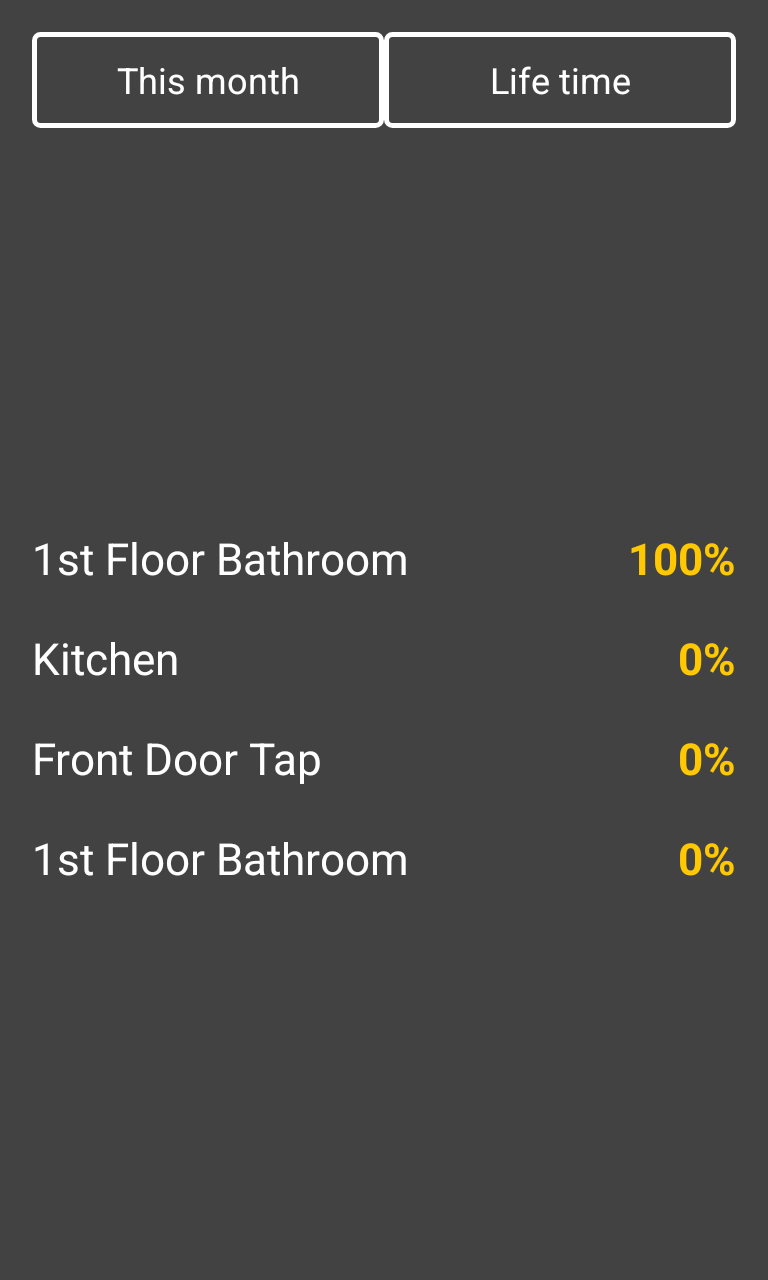
Repository: prabushitha/hydrosaver
Layout: hydrosaver/res/layout/activity_sections.xml
These files come from the project's save history. The layout is drawn as it stood at one moment and after the next save; the edit follows.
It is drawn on a 768 x 1280 px phone screen (xhdpi) without system bars, with theme AppTheme; the app's code is not run.

Above is the layout before, as saved 2016-10-08 16:53:58.

### hydrosaver/res/layout/activity_sections.xml
<RelativeLayout xmlns:android="http://schemas.android.com/apk/res/android"
    xmlns:tools="http://schemas.android.com/tools"
    android:layout_width="match_parent"
    android:layout_height="match_parent"
    android:paddingBottom="@dimen/activity_vertical_margin"
    android:paddingLeft="@dimen/activity_horizontal_margin"
    android:paddingRight="@dimen/activity_horizontal_margin"
    android:paddingTop="@dimen/activity_vertical_margin"
    tools:context="com.whileloop.hydrosaver.SectionsActivity"
    android:background="#424242"
    >

    <TableLayout
    android:layout_width="fill_parent"
    android:layout_height="fill_parent"
    android:stretchColumns="*">
	    <TableRow>
	       <Button android:id="@+id/thismonth"
	                android:layout_width="0dp"
	                android:layout_weight="1"
	                android:layout_height="wrap_content"
	                android:background="@drawable/section_button"
	                android:textColor="#FFFFFF"
	                android:text="This month"/>
	        <Button android:id="@+id/lifetime"
	                 android:layout_width="0dp"
	                 android:layout_weight="1"
	                android:layout_height="wrap_content"
	              	android:textColor="#FFFFFF"
	                android:background="@drawable/section_button"
	                android:text="Life time"/>



	    </TableRow>
	    <TableRow
	        >
	        <TextView android:layout_width="fill_parent"
	                 android:layout_height="wrap_content"
	                android:textColor="#372c24"
	                android:minHeight="200dp"
	          		android:textSize="18sp"

	               />
	    </TableRow>
	    <TableRow>

	        <TextView
		        android:layout_width="0dp"
		        android:layout_height="wrap_content"
		        android:textAppearance="?android:attr/textAppearanceLarge"
		        android:text="1st Floor Bathroom"
		        android:textColor="#ffffff"
		        android:minHeight="100px"
		        android:singleLine="true"
		        android:layout_weight="8"
		        android:ellipsize="end" />

		    <TextView
		        android:layout_width="0dp"
		        android:layout_height="wrap_content"
		        android:textAppearance="?android:attr/textAppearanceLarge"
		        android:text="100%"
		        android:textColor="#ffc800"
		        android:id="@+id/txtPrecentage"
		        android:minHeight="100px"
		        android:singleLine="false"
		        android:layout_weight="2"
		        android:textStyle="bold"
		        android:gravity="right"/>

	    </TableRow>

	    <TableRow>

	        <TextView
		        android:layout_width="0dp"
		        android:layout_height="wrap_content"
		        android:textAppearance="?android:attr/textAppearanceLarge"
		        android:text="Kitchen"
		        android:textColor="#ffffff"
		        android:minHeight="100px"
		        android:singleLine="true"
		        android:layout_weight="8"
		        android:ellipsize="end" />

		    <TextView
		        android:layout_width="0dp"
		        android:layout_height="wrap_content"
		        android:textAppearance="?android:attr/textAppearanceLarge"
		        android:text="0%"
		        android:textColor="#ffc800"
		        android:minHeight="100px"
		        android:singleLine="false"
		        android:layout_weight="2"
		        android:textStyle="bold"
		        android:gravity="right"/>

	    </TableRow>

	    <TableRow>

	        <TextView
		        android:layout_width="0dp"
		        android:layout_height="wrap_content"
		        android:textAppearance="?android:attr/textAppearanceLarge"
		        android:text="Front Door Tap"
		        android:textColor="#ffffff"
		        android:id="@+id/txtName"
		        android:minHeight="100px"
		        android:singleLine="true"
		        android:layout_weight="8"
		        android:ellipsize="end" />

		    <TextView
		        android:layout_width="0dp"
		        android:layout_height="wrap_content"
		        android:textAppearance="?android:attr/textAppearanceLarge"
		        android:text="0%"
		        android:textColor="#ffc800"
		        android:minHeight="100px"
		        android:singleLine="false"
		        android:layout_weight="2"
		        android:textStyle="bold"
		        android:gravity="right"/>

	    </TableRow>

	    <TableRow>

	        <TextView
		        android:layout_width="0dp"
		        android:layout_height="wrap_content"
		        android:textAppearance="?android:attr/textAppearanceLarge"
		        android:text="1st Floor Bathroom"
		        android:textColor="#ffffff"
		        android:minHeight="100px"
		        android:singleLine="true"
		        android:layout_weight="8"
		        android:ellipsize="end" />

		    <TextView
		        android:layout_width="0dp"
		        android:layout_height="wrap_content"
		        android:textAppearance="?android:attr/textAppearanceLarge"
		        android:text="0%"
		        android:textColor="#ffc800"
		        android:minHeight="100px"
		        android:singleLine="false"
		        android:layout_weight="2"
		        android:textStyle="bold"
		        android:gravity="right"
		        />

	    </TableRow>


	</TableLayout>

</RelativeLayout>

### hydrosaver/res/drawable-mdpi/section_button.xml
<?xml version="1.0" encoding="utf-8"?>
<shape xmlns:android="http://schemas.android.com/apk/res/android"
  android:shape="rectangle">

  <corners android:radius="3dp" />
  <stroke android:width="5px" android:color="#FFFFFF" />
</shape>

Loaded but not shown: hydrosaver/res/values/styles.xml (common file); hydrosaver/res/values-v11/styles.xml (common file); hydrosaver/res/values-v14/styles.xml (common file); hydrosaver/res/values/dimens.xml (common file); hydrosaver/res/values-w820dp/dimens.xml (common file)

After the next save:
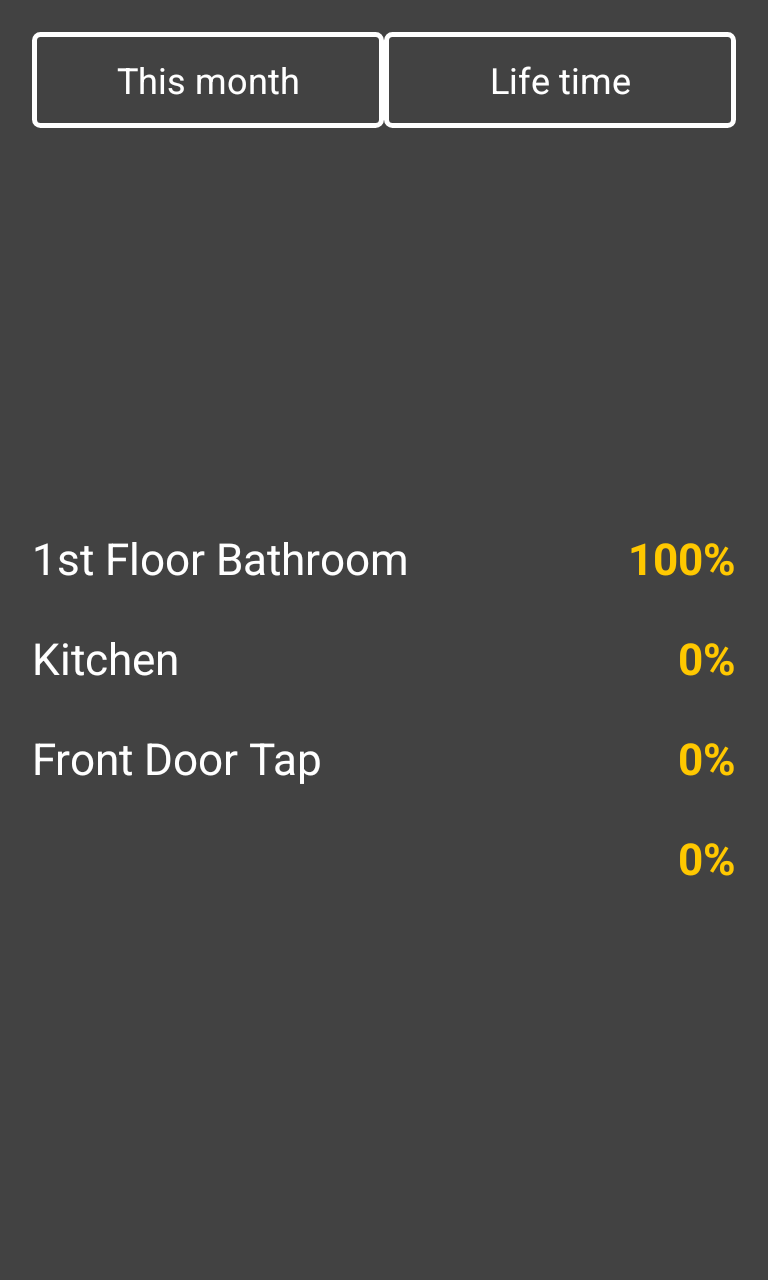
Saved 8 s later.
--- a/hydrosaver/res/layout/activity_sections.xml
+++ b/hydrosaver/res/layout/activity_sections.xml
@@ -132,7 +132,7 @@
 		        android:layout_width="0dp"
 		        android:layout_height="wrap_content"
 		        android:textAppearance="?android:attr/textAppearanceLarge"
-		        android:text="1st Floor Bathroom"
+		        android:text=""
 		        android:textColor="#ffffff"
 		        android:minHeight="100px"
 		        android:singleLine="true"
